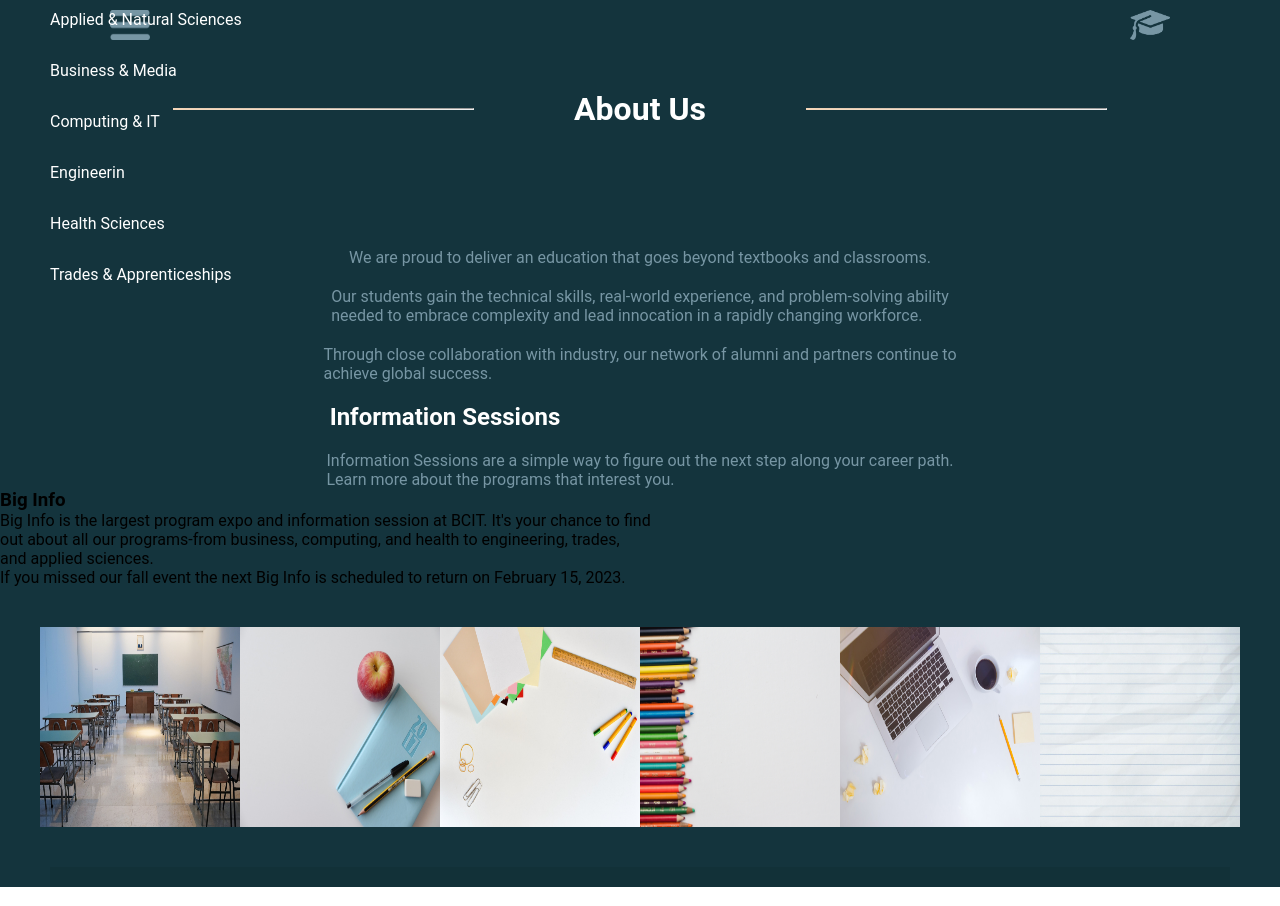
Repository: Sheraliramzan/Aly_A01253508_Assignment1
Page: /about
An editor plug-in stored every save of this project. The page is shown before and after the next save, followed by the edit.
The browser window is 1280 px wide. The pictures show the whole page.
The project was rebuilt for these pictures with package versions that can differ from the ones it lists, and the page was loaded fresh each time. The framework's server and built-in components were replaced by stand-ins that run in the browser. Also part of the build but not shown: next.config.js.

Above is the page before, as saved 2023-02-05 08:53:26.

After the next save:
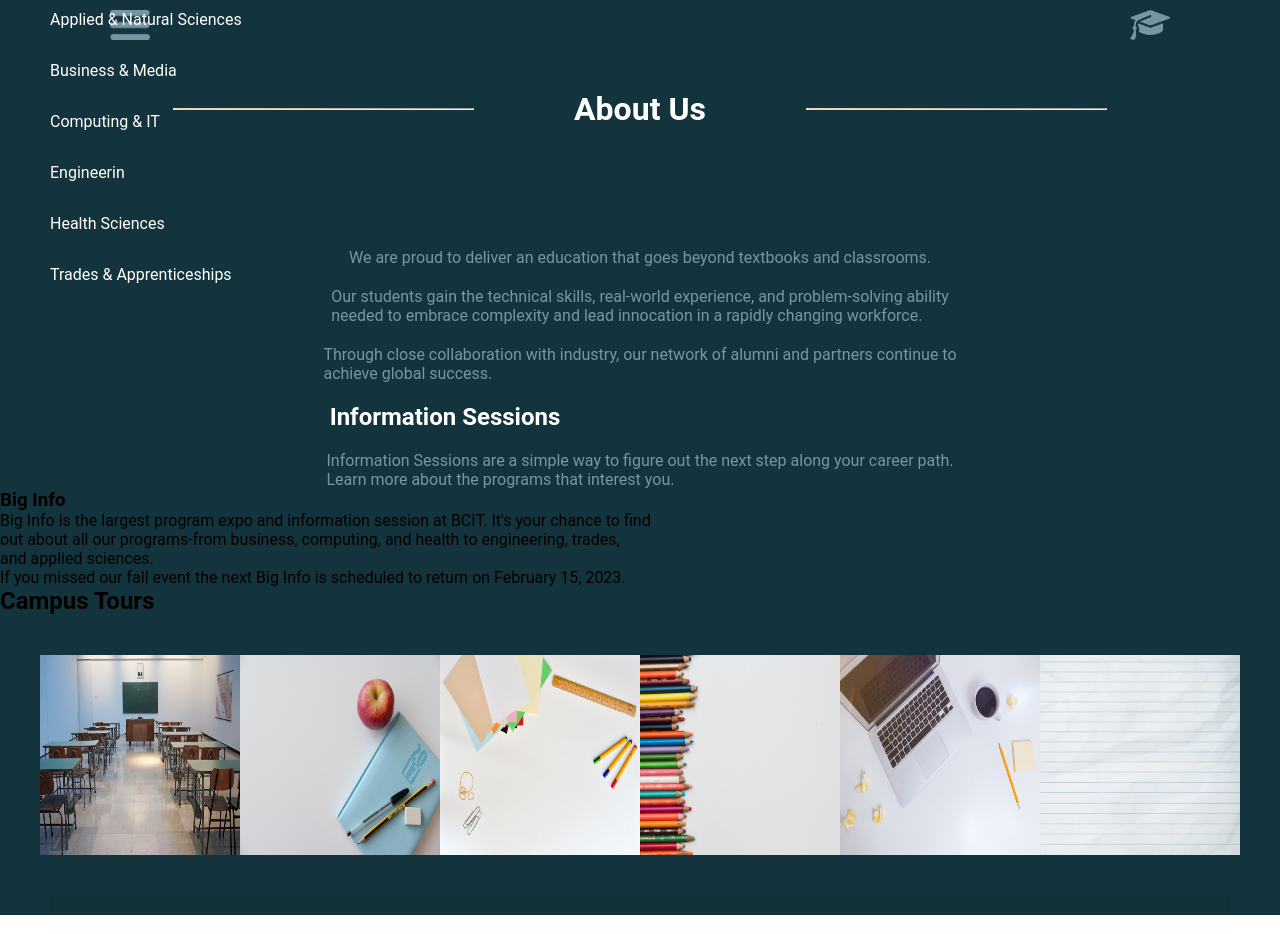
Saved 10 s later.
--- a/pages/about.js
+++ b/pages/about.js
@@ -47,7 +47,7 @@ const About = () => {
               <p>If you missed our fall event the next Big Info is scheduled to
                 return on February 15, 2023.</p>
               <p></p>
-              <h2></h2>
+              <h2>Campus Tours</h2>
               <h3></h3>
           </div>
           <div>
